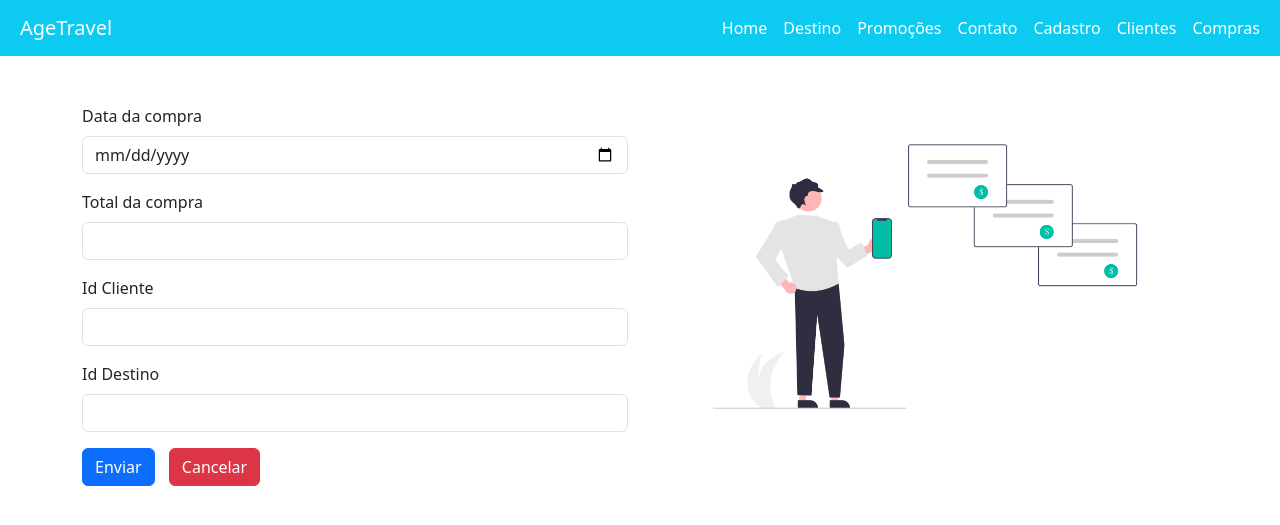
Repository: suyannepereira/modulo5
Page: http://localhost/compras/cadastro
An editor plug-in stored every save of this project. The page is shown before and after the next save, followed by the edit.
The browser window is 1280 px wide. The pictures show the whole page.
The page is this project's Thymeleaf template; nobody is signed in. The template is opened directly, without the code that normally fills it, so the values that code supplies are empty.

Above is the page before, as saved 2023-12-16 23:59:08.

After the next save:
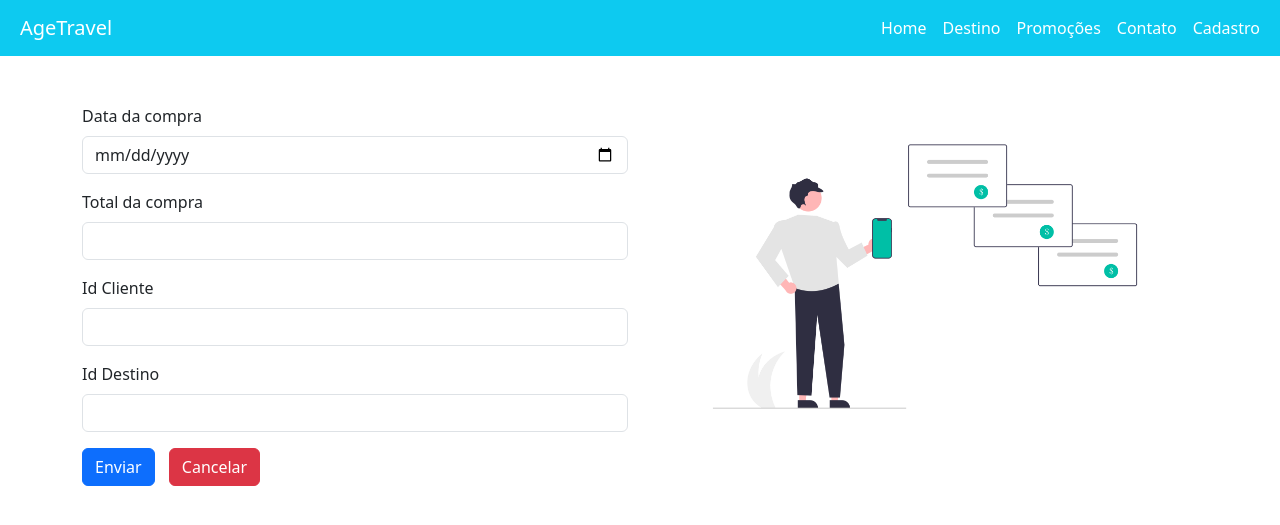
Saved 5 min 34 s later.
--- a/mod5/src/main/resources/templates/compras/cadastro.html
+++ b/mod5/src/main/resources/templates/compras/cadastro.html
@@ -27,8 +27,6 @@
 						<a href="/promocoes" class="nav-link active">Promoções</a>
 						<a href="contato" class="nav-link active">Contato</a>
 						<a href="clientes/cadastrar" class="nav-link active">Cadastro</a>
-						<a href="clientes" class="nav-link active">Clientes</a>
-						<a href="compras" class="nav-link active">Compras</a>
 					</div>
 				</div>
 			</div>
